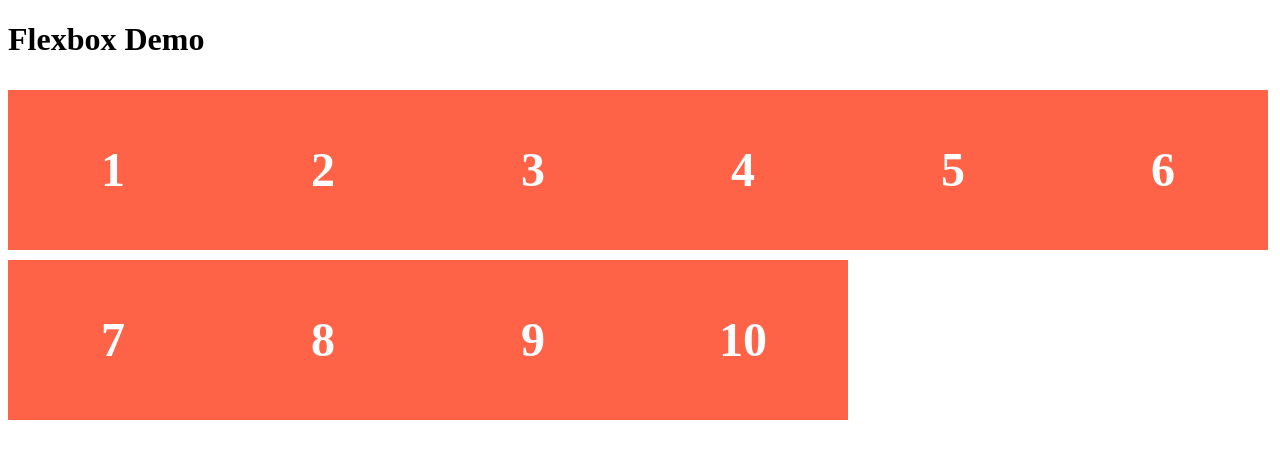
Repository: aniatot/CSS_KT
Page: 6 Flexbox Demo Project/index2.html
An editor plug-in stored every save of this project. The page is shown before and after the next save, followed by the edit.
The browser window is 1280 px wide. The pictures show the whole page.
Some web fonts or font styles are not loaded; a fallback is used.

Above is the page before, as saved 2023-10-19 02:14:35.

After the next save:
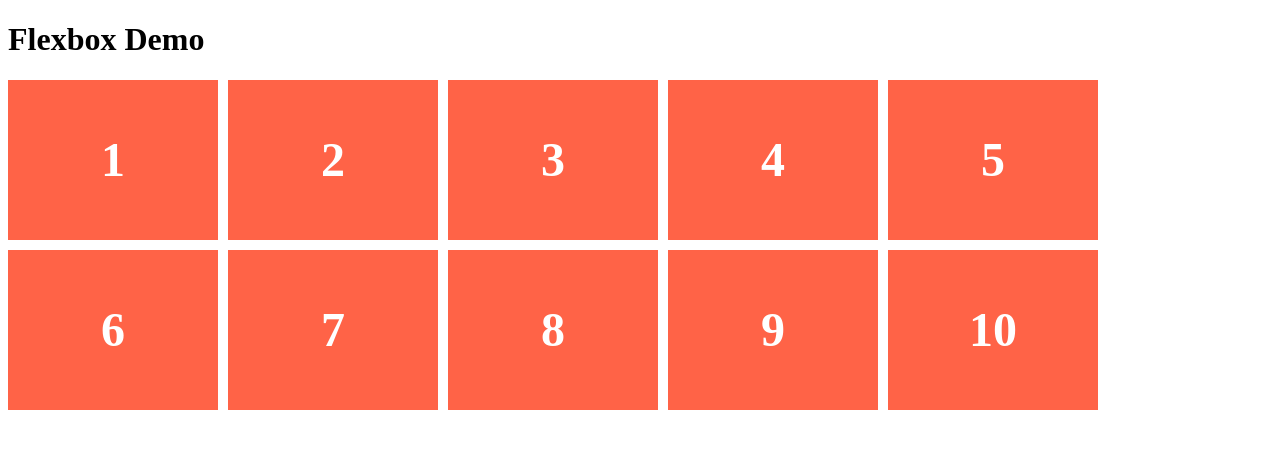
Saved 41 s later.
--- a/6 Flexbox Demo Project/index2.html
+++ b/6 Flexbox Demo Project/index2.html
@@ -18,6 +18,7 @@
   padding: 0;
   margin: 0;
   list-style: none;
+  gap: 10px;
 }
 
 .flex-item {
@@ -25,7 +26,6 @@
   padding: 5px;
   width: 200px;
   height: 150px;
-  margin-top: 10px;
   line-height: 150px;
   color: white;
   font-weight: bold;
